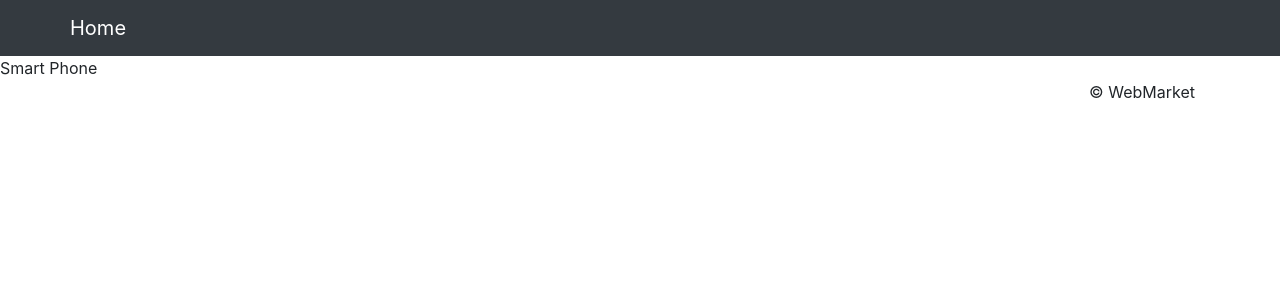
Repository: mi-ci/ai
Page: http://localhost/WebMarket/product.jsp?id=P1234
These files come from the project's save history. The page is drawn as it stood at one moment and after the next save; the edit follows.
The browser window is 1280 px wide. The pictures show the whole page.
The page is served by Tomcat 9.

Above is the page before, as saved 2024-01-19 05:37:31.

### WebMarket/src/main/webapp/product.jsp
<%@ page import="java.util.ArrayList" %>
<%@ page import="dto.Product" %>

<%@ page language="java" contentType="text/html; charset=UTF-8"
    pageEncoding="UTF-8"%>
<!DOCTYPE html>
<html>
<head>
<meta charset="UTF-8">
<title>Insert title here</title>
</head>
<body>
	<jsp:include page="menu.jsp"></jsp:include>
	<jsp:useBean id="pr" class="dao.ProductRepository"></jsp:useBean>
	<%
		String id = request.getParameter("id");
		Product p = pr.getProductById(id);

	%>
	<%=p.getCategory() %>


	<jsp:include page="footer.jsp"></jsp:include>

</body>
</html>

### WebMarket/src/main/webapp/menu.jsp
<%@ page language="java" contentType="text/html; charset=UTF-8"
    pageEncoding="UTF-8"%>
<!DOCTYPE html>
<html>
<head>
<meta charset="UTF-8">
<title>Insert title here</title>
<link rel="stylesheet" href="https://cdn.jsdelivr.net/npm/bootstrap@4.0.0/dist/css/bootstrap.min.css" integrity="sha384-Gn5384xqQ1aoWXA+058RXPxPg6fy4IWvTNh0E263XmFcJlSAwiGgFAW/dAiS6JXm" crossorigin="anonymous">
</head>
<body>
	<nav class ="navbar navbar-expand navbar-dark bg-dark">
	 	<div class= "container">
	 		<div class = "navbar-header">
	 			<a class = "navbar-brand" href="welcome.jsp">Home</a>
	 		</div>
		</div>
	</nav>

</body>
</html>

### WebMarket/src/main/webapp/footer.jsp
<%@ page language="java" contentType="text/html; charset=UTF-8"
    pageEncoding="UTF-8"%>
<!DOCTYPE html>
<html>
<head>
<meta charset="UTF-8">
<title>Insert title here</title>
<link rel="stylesheet" href="https://cdn.jsdelivr.net/npm/bootstrap@4.0.0/dist/css/bootstrap.min.css" integrity="sha384-Gn5384xqQ1aoWXA+058RXPxPg6fy4IWvTNh0E263XmFcJlSAwiGgFAW/dAiS6JXm" crossorigin="anonymous">
</head>
<body>
	<footer class = "container text-right">
		<p>&copy; WebMarket </p>
	</footer>
</body>
</html>

### WebMarket/src/main/java/dao/ProductRepository.java
package dao;

import java.util.ArrayList;

import dto.Product;

public class ProductRepository {
	private ArrayList<Product> listOfProducts = new ArrayList<Product>();

	public ProductRepository() {
		Product phone = new Product("P1234", "iPhone 6s", 800000);
		phone.setDescription("4-7inch, 1334X750 Retina HD dispaly, 8megapixel iSight Camera");
		phone.setCategory("Smart Phone");
		phone.setManufacturer("Apple");
		phone.setUnitsInStock(1000);
		phone.setCondition("New");

		Product laptop = new Product("P1235", "LG PC 그램", 1500000);
		laptop.setDescription("13.3-inch, IPS LED display, 5rd Generation Intel Core Processor");
		laptop.setCategory("Laptop");
		laptop.setManufacturer("LG");
		laptop.setUnitsInStock(1000);
		laptop.setCondition("Refurbished");

		Product tablet = new Product("P1236", "Galaxy Tab S", 900000);
		tablet.setDescription("212.8*125.6*6.6mm, Super AMOLED display, Octa-Core Processor");
		tablet.setCategory("Tablet");
		tablet.setManufacturer("Samsung");
		tablet.setUnitsInStock(1000);
		tablet.setCondition("Old");

		listOfProducts.add(phone);
		listOfProducts.add(laptop);
		listOfProducts.add(tablet);

	}

	public ArrayList getLop(){
		return listOfProducts;
	}

	public Product getProductById(String productid) {
		Product productById = null;
		for(int i = 0; i< listOfProducts.size(); i++) {
			Product product = listOfProducts.get(i);
			if(product != null && product.getProductId() != null && product.getProductId().equals(productid)) {
				productById = product;
				break;
			}
		}
		return productById;
	}
}

### WebMarket/src/main/java/dto/Product.java
package dto;

import java.io.Serializable;

public class Product implements Serializable {

	private static final long serialVersionUID = -123456789012345678L;

	private String productId;
	private String pname;
	private Integer unitPrice;
	private String description;
	private String manufacturer;
	private String category;
	private long unitsInStock;
	private String condition;


	public Product() {
		// TODO Auto-generated constructor stub
	}


	public Product(String productId, String pname, Integer unitPrice) {
		this.productId = productId;
		this.pname = pname;
		this.unitPrice = unitPrice;
	}


	public String getProductId() {
		return productId;
	}


	public void setProductId(String productId) {
		this.productId = productId;
	}


	public String getPname() {
		return pname;
	}


	public void setPname(String pname) {
		this.pname = pname;
	}


	public Integer getUnitPrice() {
		return unitPrice;
	}


	public void setUnitPrice(Integer unitPrice) {
		this.unitPrice = unitPrice;
	}


	public String getDescription() {
		return description;
	}


	public void setDescription(String description) {
		this.description = description;
	}


	public String getManufacturer() {
		return manufacturer;
	}


	public void setManufacturer(String manufacturer) {
		this.manufacturer = manufacturer;
	}


	public String getCategory() {
		return category;
	}


	public void setCategory(String category) {
		this.category = category;
	}


	public long getUnitsInStock() {
		return unitsInStock;
	}


	public void setUnitsInStock(long unitsInStock) {
		this.unitsInStock = unitsInStock;
	}


	public String getCondition() {
		return condition;
	}


	public void setCondition(String condition) {
		this.condition = condition;
	}


}

After the next save:
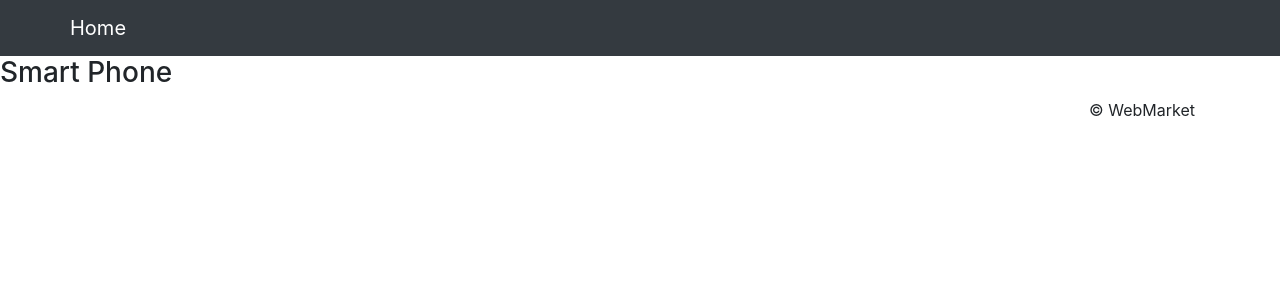
Saved 26 s later.
--- a/WebMarket/src/main/webapp/product.jsp
+++ b/WebMarket/src/main/webapp/product.jsp
@@ -17,7 +17,7 @@
 		Product p = pr.getProductById(id);
 
 	%>
-	<%=p.getCategory() %>
+	<h3><%=p.getCategory() %></h3>
 
 
 	<jsp:include page="footer.jsp"></jsp:include>
